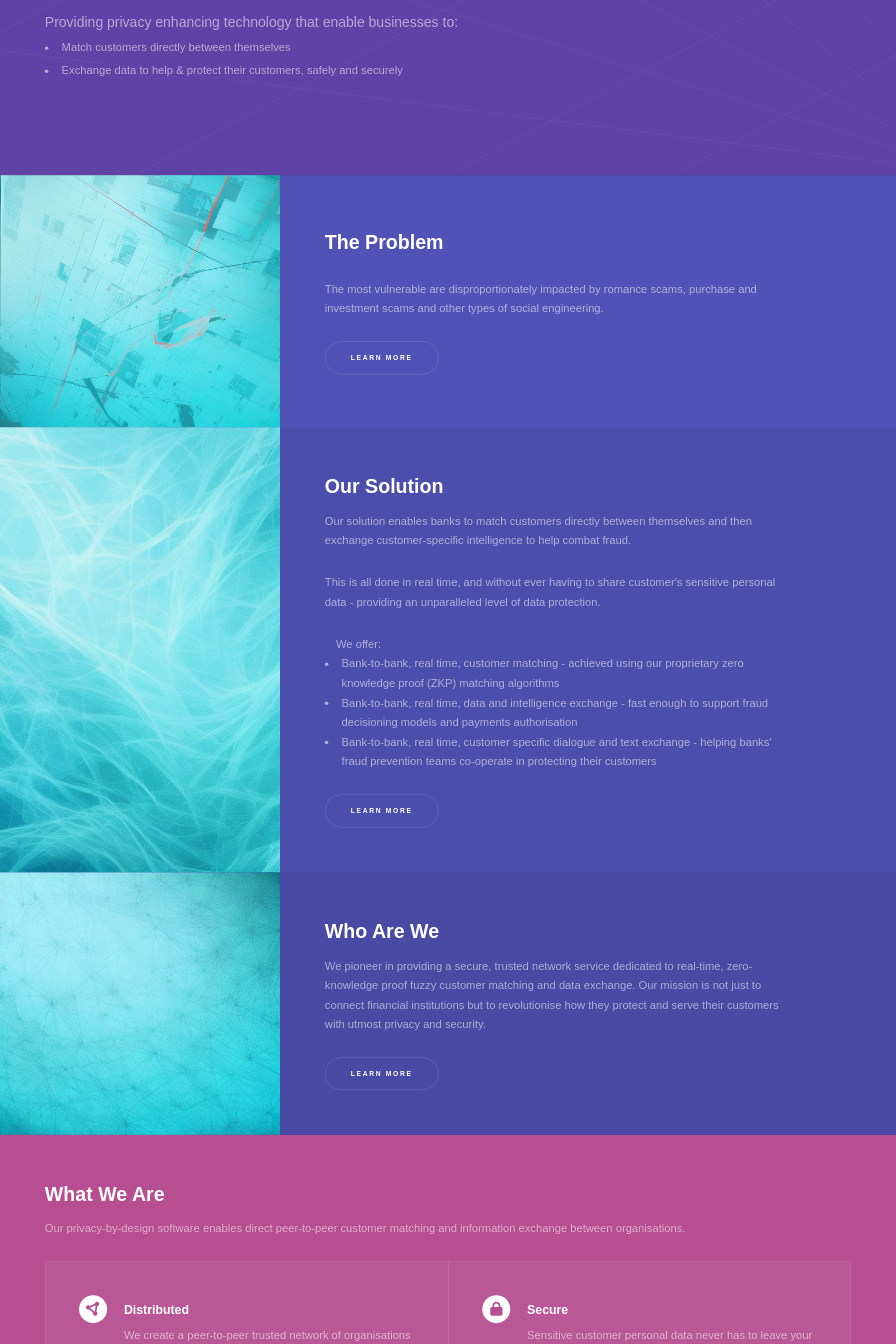
Repository: nocnoc94/nocnoc94.github.io
Page: index.html
The author's editor kept a copy of each file at every save. The page is drawn from the files as they stood at one save, then again after the next save.
The browser window is 1280 px wide. The pictures show the part of the page from y = 486 to 2406 px (the page is 4552 px tall before and 4627 px after), at 70% of full size.

Above is the page before, as saved 2024-03-21 16:27:27.

After the next save:
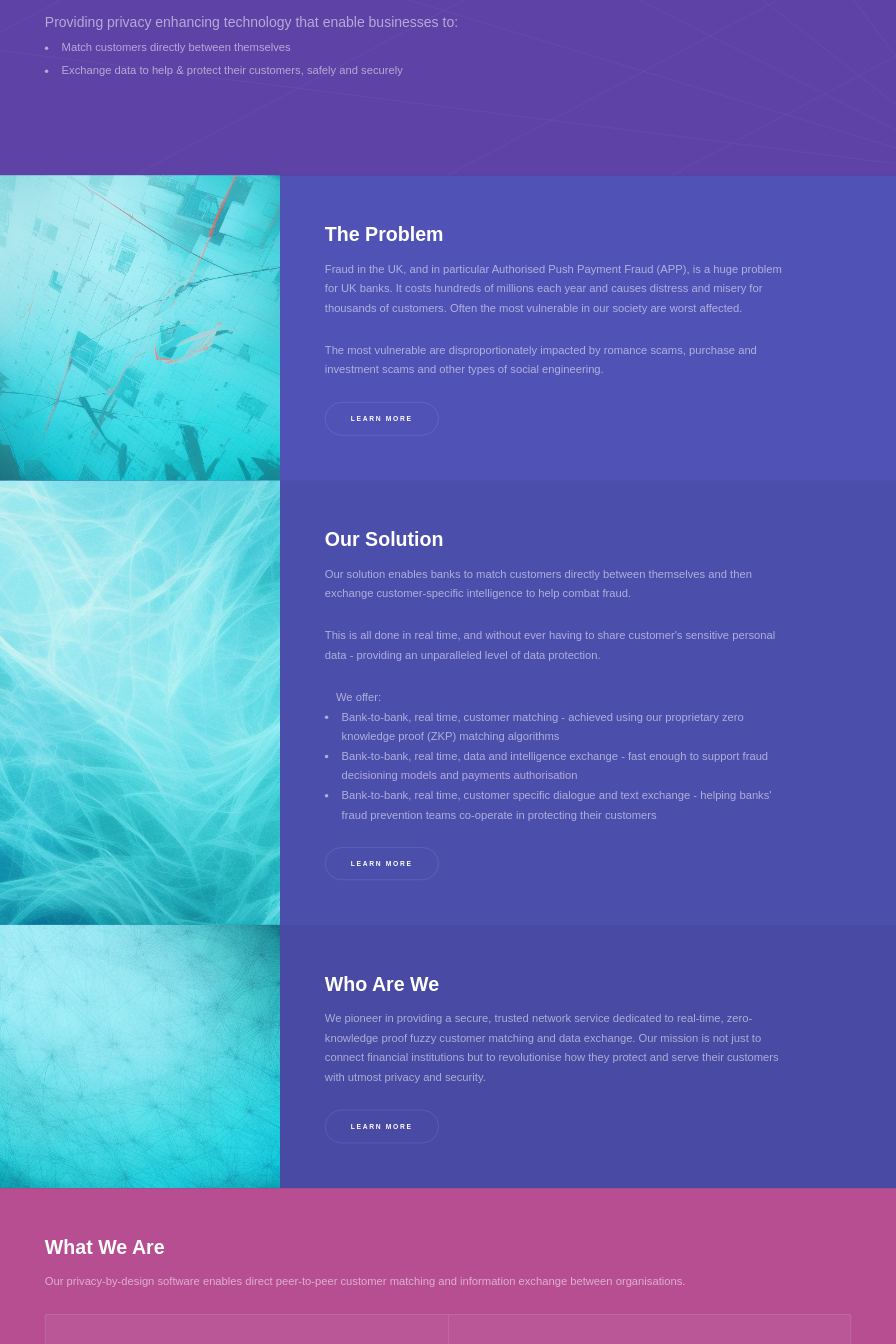
Saved 9 s later.
--- a/index.html
+++ b/index.html
@@ -55,7 +55,9 @@
         <div class="content">
           <div class="inner">
             <h2>The Problem</h2>
-            <p></p>
+            <p>Fraud in the UK, and in particular Authorised Push Payment Fraud (APP), is a huge problem for UK banks.
+              It costs hundreds of millions each year and causes distress and misery for thousands of customers. Often
+              the most vulnerable in our society are worst affected. </p>
             <p>The most vulnerable are
               disproportionately impacted by romance scams, purchase and investment
               scams and other types of social engineering.&nbsp; <br></p>

After the 2 saves that followed:
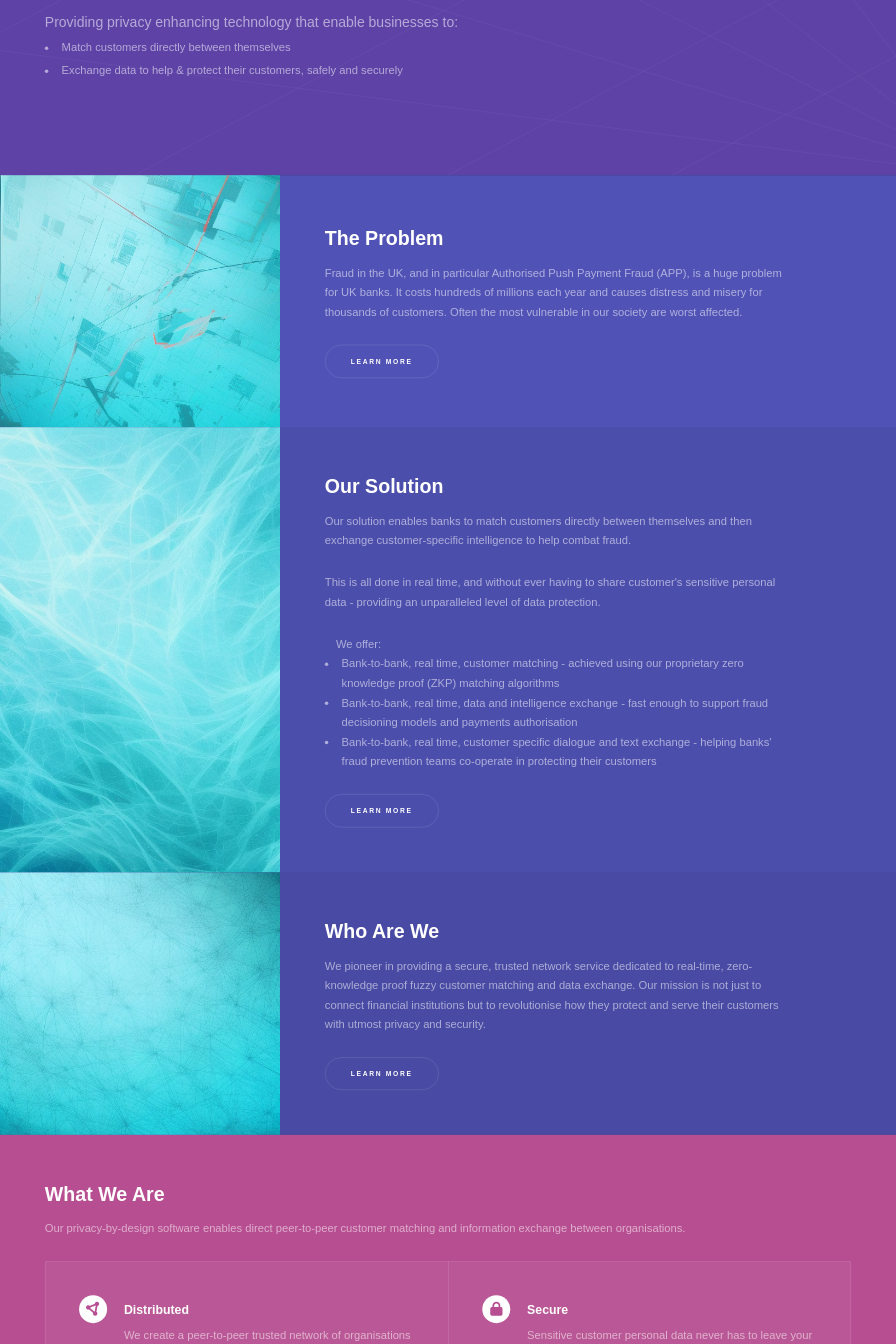
The 2 saves are shown as one change because 1 left the picture as it was.
The last was saved 24 s later.
--- a/index.html
+++ b/index.html
@@ -57,10 +57,9 @@
             <h2>The Problem</h2>
             <p>Fraud in the UK, and in particular Authorised Push Payment Fraud (APP), is a huge problem for UK banks.
               It costs hundreds of millions each year and causes distress and misery for thousands of customers. Often
-              the most vulnerable in our society are worst affected. </p>
-            <p>The most vulnerable are
-              disproportionately impacted by romance scams, purchase and investment
-              scams and other types of social engineering.&nbsp; <br></p>
+              the most vulnerable in our society are worst affected.
+            </p>
+            <p></p>
             <ul class="actions">
               <li><a href="the-problem.html" class="button">Learn more</a></li>
             </ul>
